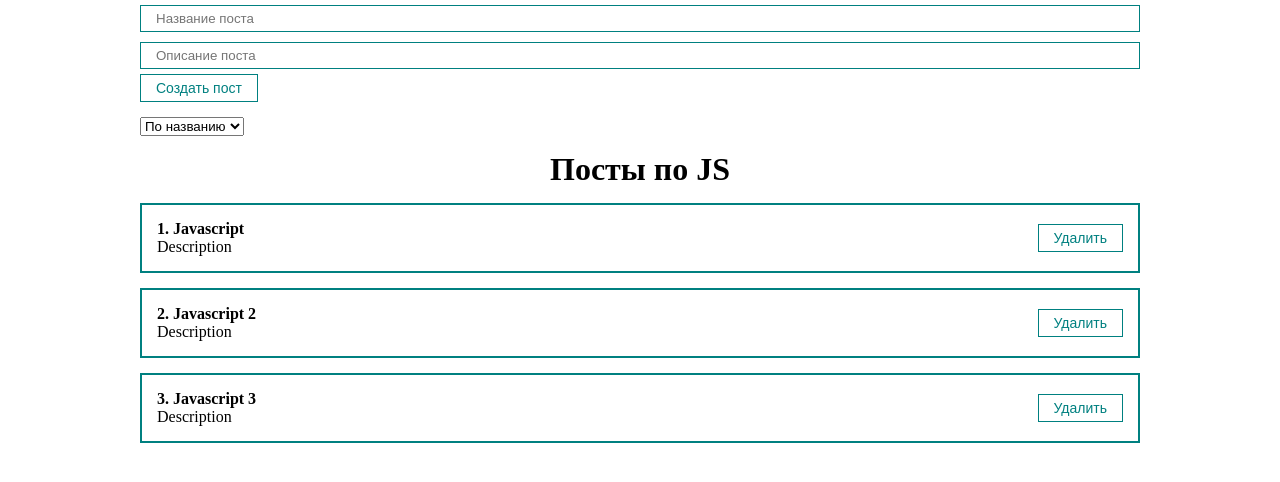
Repository: otvertka/ulb
Page: /
The author's editor kept a copy of each file at every save. The page is drawn from the files as they stood at one save, then again after the next save.
The browser window is 1280 px wide. The pictures show the whole page.
The project was rebuilt for these pictures with package versions that can differ from the ones it lists, and the page was loaded fresh each time. Also part of the build but not shown: src/components/Counter.jsx, src/components/ClassCounter.jsx.

Above is the page before, as saved 2023-06-12 11:39:54.

### public/index.html
<!DOCTYPE html>
<html lang="en">
  <head>
    <meta charset="utf-8" />
    <meta name="viewport" content="width=device-width, initial-scale=1" />

    <title>React App</title>
  </head>
  <body>
    <noscript>You need to enable JavaScript to run this app.</noscript>
    <div id="root">
      <!-- ЗДЕСЬ БУДЕТ НАШЕ JS ПРИЛОЖЕНИЕ -->
    </div>
  </body>
</html>

### src/index.js
import React from "react";
import ReactDOM from "react-dom";
import App from "./App";

// const root = ReactDOM.createRoot(document.getElementById("root"));
// root.render(<App />);
ReactDOM.render(<App />, document.getElementById("root"));

### src/App.js
import React, { useState, useRef } from "react";

import Counter from "./components/Counter";
import ClassCounter from "./components/ClassCounter";
import "./styles/App.css";
import PostItem from "./components/PostItem";
import PostList from "./components/PostList";
import MyButton from "./components/UI/button/MyButton";
import MyInput from "./components/UI/input/MyInput";
import PostForm from "./components/PostForm";

function App() {
  const [posts, setPosts] = useState([
    { id: 1, title: "Javascript", body: "Description" },
    { id: 2, title: "Javascript 2", body: "Description" },
    { id: 3, title: "Javascript 3", body: "Description" },
  ]);

  const createPost = (newPost) => {
    setPosts([...posts, newPost]);
  };

  // Получаем post из дочернего компонента
  const removePost = (post) => {
    setPosts(posts.filter((p) => p.id !== post.id));
  };
  // импортируем компонент
  return (
    <div className="App">
      {/* передаём в компонент функцию обратного вызова, чтобы добавить в родительский массив дочерний новый элемент */}
      <PostForm create={createPost} />
      <div>
        <select style={{ margin: "15px 0" }}>
          <option value="value1">По названию</option>
          <option value="value2">По описанию</option>
        </select>
      </div>
      {posts.length !== 0 ? (
        <PostList remove={removePost} posts={posts} title="Посты по JS" />
      ) : (
        <h2 style={{ textAlign: "center" }}>Посты не найдены !</h2>
      )}
    </div>
  );
}

export default App;

### src/styles/App.css
* {
  margin: 0;
  padding: 0;
  box-sizing: border-box;
}

/* Рут- блок из index.html */
#root {
  display: flex;
  justify-content: center;
}

.App {
  width: 1000px;
}

.post {
  display: flex;
  padding: 15px;
  border: 2px solid teal;
  margin-top: 15px;
  justify-content: space-between;
  align-items: center;
}

### src/components/PostItem.jsx
import React from "react";
import MyButton from "./UI/button/MyButton";

// Props - входные данные в контексте Реакта. Можно представлять, что это аргумент функции, в кот. мы можем что-то передавать снаружи
const PostItem = (props) => {
  // console.log(props);
  return (
    <div className="post">
      <div className="post__content">
        <strong>
          {props.number}. {props.post.title}
        </strong>
        <div>{props.post.body}</div>
      </div>
      <div className="post__btns">
        <MyButton onClick={() => props.remove(props.post)}>Удалить</MyButton>
      </div>
    </div>
  );
};

export default PostItem;

### src/components/PostList.jsx
import React from "react";
import PostItem from "./PostItem";

const PostList = ({ posts, title, remove }) => {
  return (
    <div>
      <h1 style={{ textAlign: "center" }}>{title}</h1>
      {posts.map((post, index) => (
        <PostItem
          remove={remove}
          number={index + 1}
          post={post}
          key={post.id}
        />
      ))}
    </div>
  );
};

export default PostList;

### src/components/UI/button/MyButton.jsx
import React from "react";
import classes from "./MyButton.module.css";

const MyButton = ({ children, ...props }) => {
  return (
    //
    <button {...props} className={classes.myBtn}>
      {children}
    </button>
  );
};

export default MyButton;

### src/components/UI/input/MyInput.jsx
import React from "react";
import classes from "./MyInput.module.css";

const MyInput = React.forwardRef((props, ref) => {
  return (
    //
    <input ref={ref} className={classes.myInput} {...props} />
  );
});

export default MyInput;

### src/components/PostForm.jsx
import React, { useState } from "react";
import MyInput from "./UI/input/MyInput";
import MyButton from "./UI/button/MyButton";

const PostForm = ({ create }) => {
  const [post, setPost] = useState({ title: "", body: "" });

  const addNewPost = (e) => {
    e.preventDefault();

    const newPost = { ...post, id: Date.now() };
    create(newPost);
    setPost({ title: "", body: "" });
  };
  return (
    <form>
      {/* Управляемый компонент */}
      <MyInput
        value={post.title}
        onChange={(e) => setPost({ ...post, title: e.target.value })}
        type="text"
        placeholder="Название поста"
      ></MyInput>
      {/* Неуправляемый\ Неконтролируемый компонент */}
      <MyInput
        value={post.body}
        onChange={(e) => setPost({ ...post, body: e.target.value })}
        type="text"
        placeholder="Описание поста"
      ></MyInput>
      <MyButton onClick={addNewPost}>Создать пост</MyButton>
    </form>
  );
};

export default PostForm;

### src/components/UI/select/MySelect.jsx
import React from "react";

const MySelect = ({ options, defaultValue }) => {
  return (
    //
    <select>
      <option value="">{defaultValue}</option>
      {options.map((option) => (
        <option value={option.value}>{option.name}</option>
      ))}
    </select>
  );
};

export default MySelect;

Loaded but not shown: src/components/UI/button/MyButton.module.css (common file); src/components/UI/input/MyInput.module.css (common file)

After the next save:
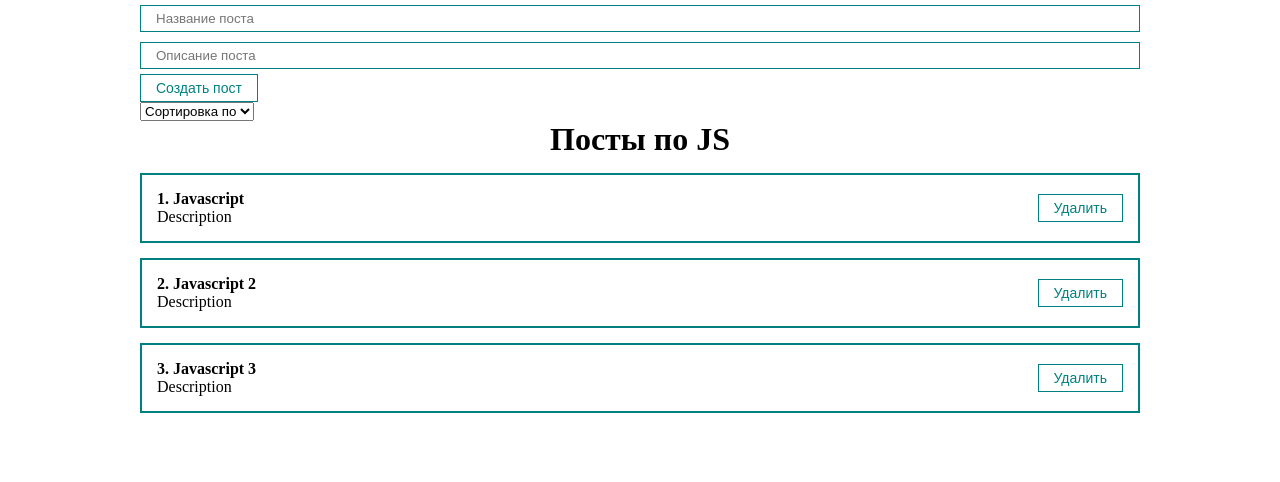
Saved 109 s later.
--- a/src/App.js
+++ b/src/App.js
@@ -8,6 +8,7 @@ import PostList from "./components/PostList";
 import MyButton from "./components/UI/button/MyButton";
 import MyInput from "./components/UI/input/MyInput";
 import PostForm from "./components/PostForm";
+import MySelect from "./components/UI/select/MySelect";
 
 function App() {
   const [posts, setPosts] = useState([
@@ -30,10 +31,7 @@ function App() {
       {/* передаём в компонент функцию обратного вызова, чтобы добавить в родительский массив дочерний новый элемент */}
       <PostForm create={createPost} />
       <div>
-        <select style={{ margin: "15px 0" }}>
-          <option value="value1">По названию</option>
-          <option value="value2">По описанию</option>
-        </select>
+        <MySelect defaultValue="Сортировка по" options={[]} />
       </div>
       {posts.length !== 0 ? (
         <PostList remove={removePost} posts={posts} title="Посты по JS" />
